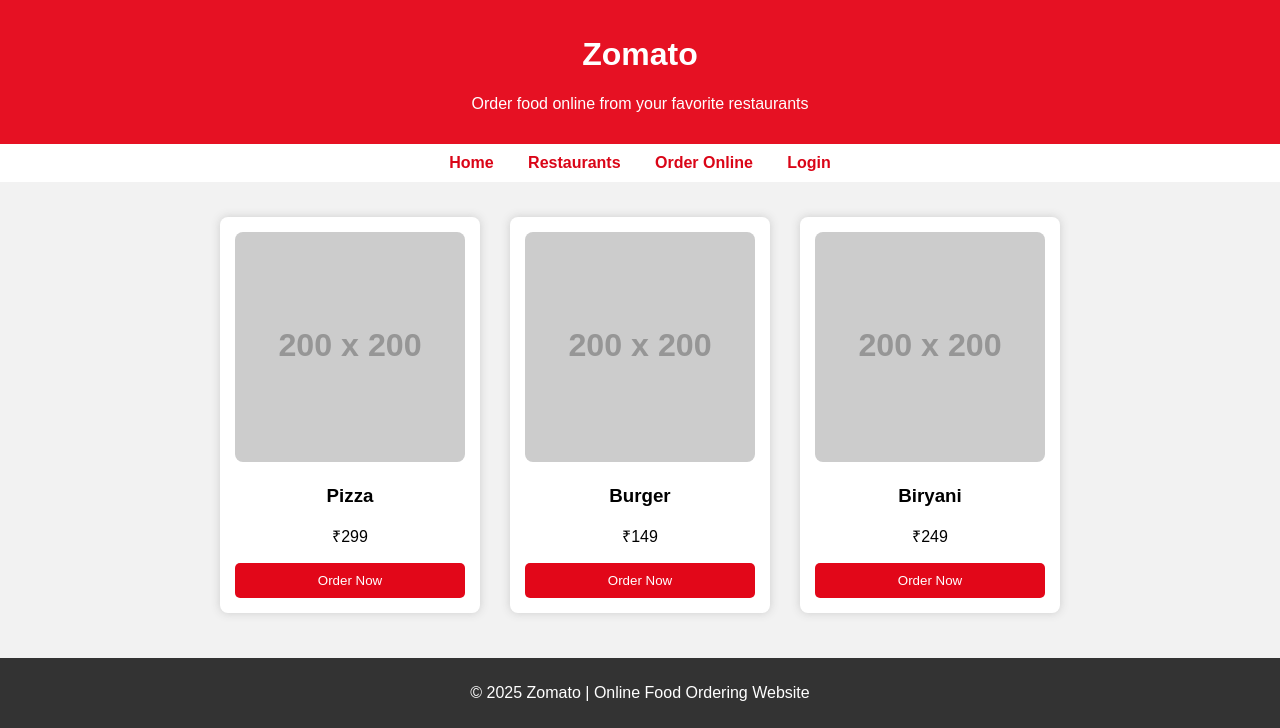
Repository: Glory998/ELCE1-32
Page: zomatoproject.html
These files come from the project's save history. The page is drawn as it stood at one moment and after the next save; the edit follows.
The browser window is 1280 px wide. The pictures show the whole page.

Above is the page before, as saved 2025-12-16 02:13:12.

After the next save:
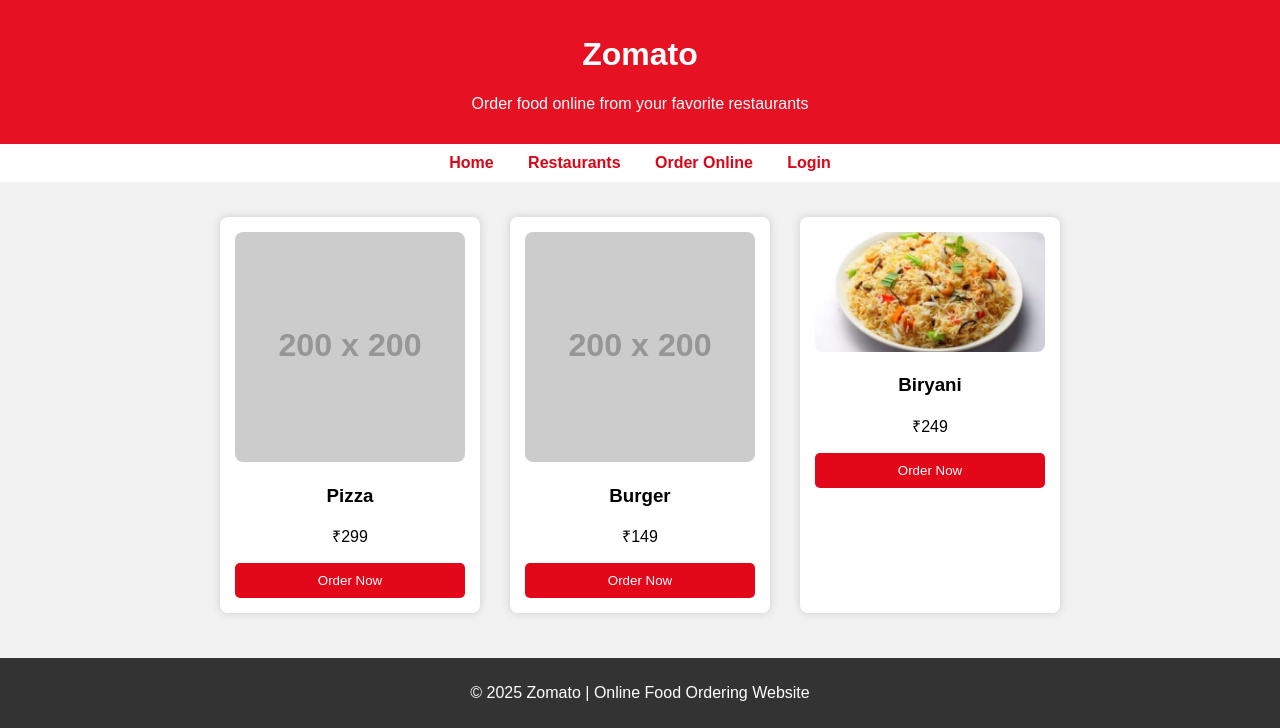
Saved 24 min 14 s later.
--- a/zomatoproject.html
+++ b/zomatoproject.html
@@ -110,7 +110,7 @@
         </div>
 
         <div class="food-card">
-            <img src="https://via.placeholder.com/200">
+            <img src="biryani image.avif">
             <h3>Biryani</h3>
             <p>₹249</p>
             <button>Order Now</button>
